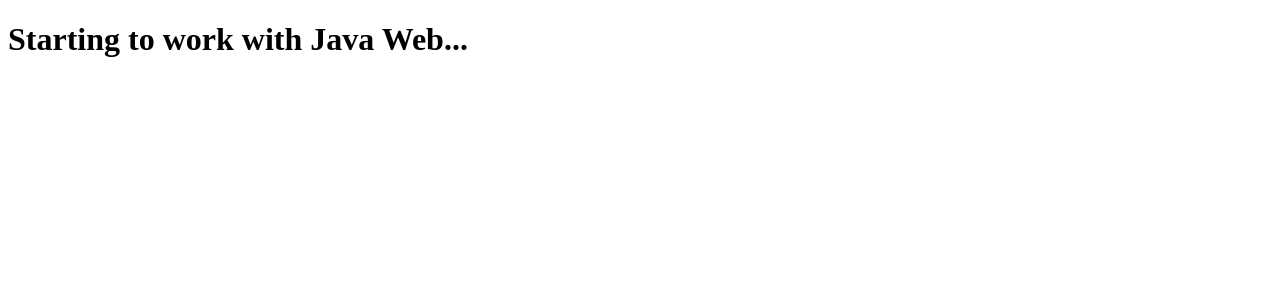
Repository: messagewaleed/kfh-eclipse-work
Page: java-web-starter/src/main/webapp/index.html
These files come from the project's save history. The page is drawn as it stood at one moment and after the next save; the edit follows.
The browser window is 1280 px wide. The pictures show the whole page.

Above is the page before, as saved 2022-12-05 11:03:58.

### java-web-starter/src/main/webapp/index.html
<!DOCTYPE html>
<html>
<head>
<meta charset="UTF-8">
<title>Starting Java Web</title>
</head>
<body>
<h1>
Starting to work with Java Web...
</h1>
</body>
</html>

After the next save:
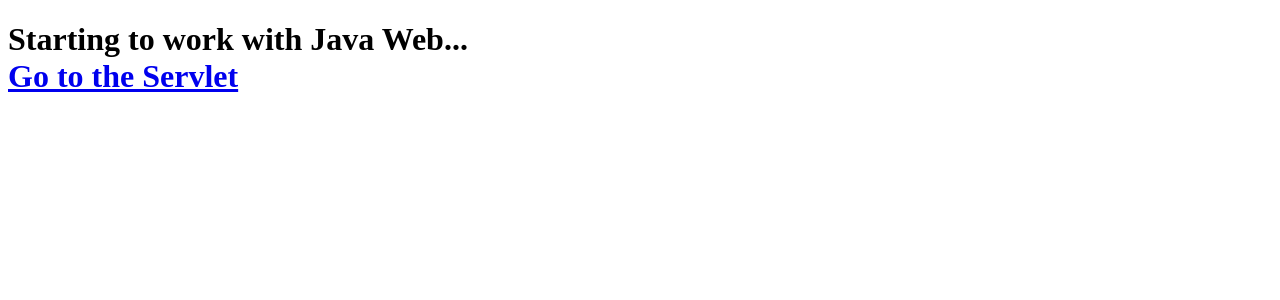
Saved 112 s later.
--- a/java-web-starter/src/main/webapp/index.html
+++ b/java-web-starter/src/main/webapp/index.html
@@ -7,6 +7,8 @@
 <body>
 <h1>
 Starting to work with Java Web...
+<br>
+<a href="first">Go to the Servlet</a>
 </h1>
 </body>
 </html>
